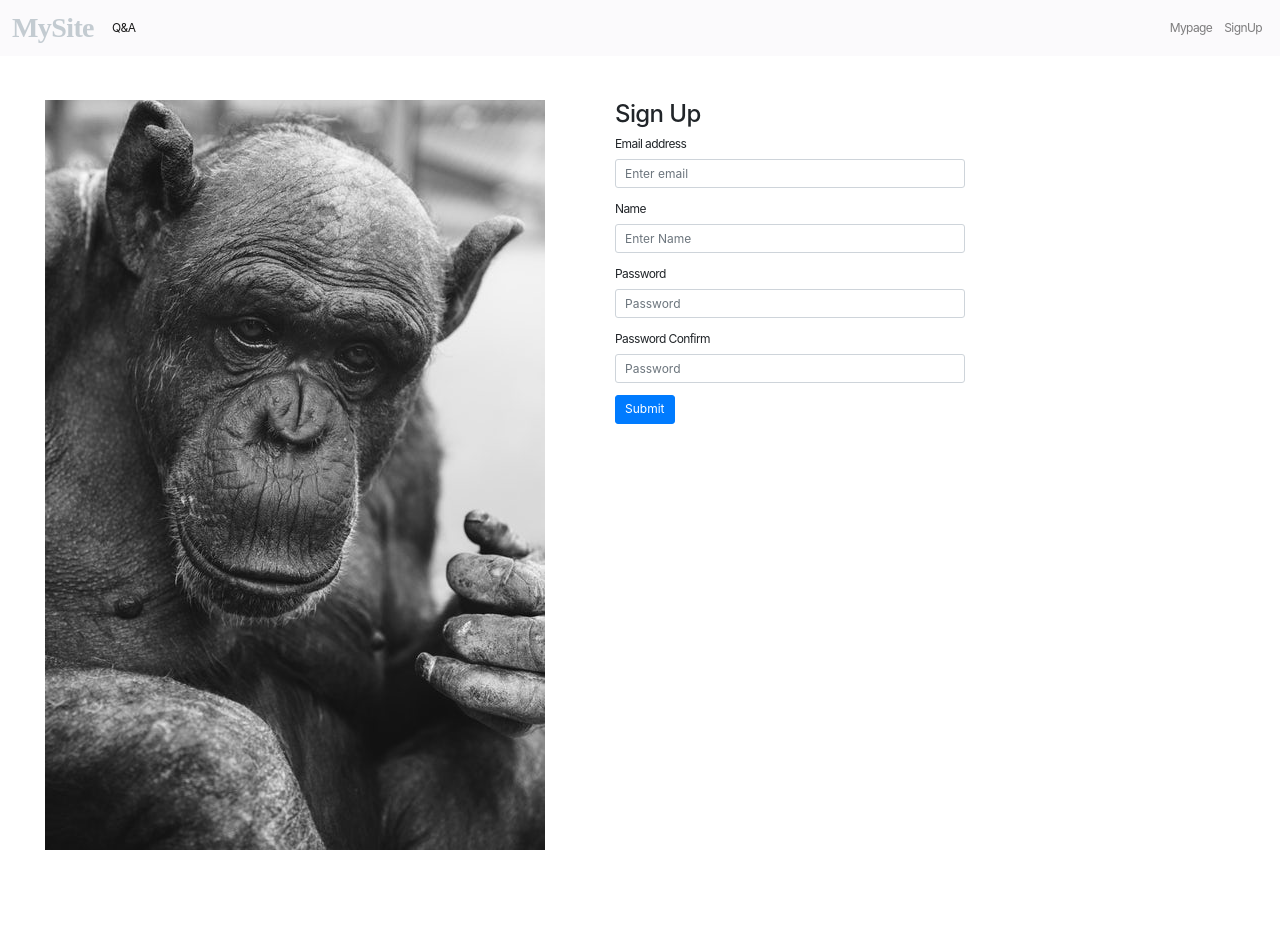
Repository: JungSWon/Project
Page: http://localhost/signup
The author's editor kept a record of every edit. The page is drawn from the files as they stood at one moment, then again after the next edit.
The browser window is 1280 px wide. The pictures show the whole page.
Some web fonts or font styles are not loaded; a fallback is used. The page is served by the project's application, run on Django 2.2 (pj05/manage.py). Other server files are loaded and not shown.

Above is the page before.

### 05_detail/pj05/detail/views.py
from django.shortcuts import render

# Create your views here.
def index(request):
    return render(request,'index.html')

def qna(request):
    return render(request,'qna.html')


def mypage(request):
    return render(request,'mypage.html')


def signup(request):
    return render(request,'signup.html')

def notfound(request,noturl):
    return render(request,'notfound.html',{'noturl':noturl})

### 05_detail/pj05/detail/templates/signup.html
{% extends 'base.html' %}

{% block title %}
프로젝트공오다시디테일 - Sign Up
{% endblock %}


{% block body %}
<div class="page-body container">
    <!-- style='margin-top: 100px;'-->
    <div class="row">
        <div class="image col-6">
            <img src="../static/assets/signup.jpg" alt="">
        </div>
        <div class="submit_form col-4">
            <h2>Sign Up</h2>
            <form>
                <div class="form-group">
                     <label for="exampleInputEmail1">Email address</label>
                     <input type="email" class="form-control" id="exampleInputEmail1" aria-describedby="emailHelp" placeholder="Enter email">
                </div>
                <div class="form-group">
                    <label for="exampleInputEmail1">Name</label>
                    <input type="email" class="form-control" id="exampleInputEmail1" aria-describedby="emailHelp" placeholder="Enter Name">
                </div>
                <div class="form-group">
                    <label for="exampleInputPassword1">Password</label>
                    <input type="password" class="form-control" id="exampleInputPassword1" placeholder="Password">
                </div>
                <div class="form-group">
                    <label for="exampleInputPassword1">Password Confirm</label>
                    <input type="password" class="form-control" id="exampleInputPassword1" placeholder="Password">
                </div>
                <button type="submit" class="btn btn-primary">Submit</button>
            </form>
        </div>
    </div>
</div>
{% endblock %}

### 05_detail/pj05/detail/templates/base.html
{% load static %}
<!DOCTYPE html>
<html lang="ko">
    <head>
        <meta charset="UTF-8">
        <meta name="viewport" content="width=device-width, initial-scale=1.0">
        <meta http-equiv="X-UA-Compatible" content="ie=edge">
        <link rel="stylesheet" href="https://stackpath.bootstrapcdn.com/bootstrap/4.3.1/css/bootstrap.min.css" integrity="sha384-ggOyR0iXCbMQv3Xipma34MD+dH/1fQ784/j6cY/iJTQUOhcWr7x9JvoRxT2MZw1T" crossorigin="anonymous">
        <link rel='stylesheet' href="{% static 'css/style.css' %}">
        <!--/pj05/detail/static/css/style.css-->
        <link href="https://fonts.googleapis.com/css?family=Baloo+Thambi|Noto+Sans+KR:400,700,900|Work+Sans:400,700,900" rel="stylesheet">
        <!--<link rel ='icon' type='image/png' sizes="96x96" href="{% static 'assets/icons8-finn-96.png' %}">-->
        <title>{% block title %}{% endblock %}</title>
    </head>

<body>
        <nav class="navbar col-12 navbar-expand-sm navbar-light bg-fad sticky-top">
        <a class="navbar-brand" href="#"> MySite </a>
        <button class="navbar-toggler" type="button" data-toggle="collapse" data-target="#navbarNav" aria-controls="navbarNav" aria-expanded="false" aria-label="Toggle navigation">
            <span class="navbar-toggler-icon"></span>
        </button>
        <div class="navbar-nav">
            <li class="nav-item active" id="navbarNav">
                <a class="nav-link" href="/qna">Q&A <span class="sr-only">(current)</span></a>
            </li>
        </div>
        <div class="collapse navbar-collapse" id="navbarNav">
            <ul class="navbar-nav">
                <li class="nav-item">
                    <a class="nav-link" href="/mypage">Mypage</a>
                </li>
                <li class="nav-item">
                    <a class="nav-link" href="/signup">SignUp</a>
                </li>
            </ul>
        </div>
        </nav>

        <script src="https://code.jquery.com/jquery-3.3.1.slim.min.js" integrity="sha384-q8i/X+965DzO0rT7abK41JStQIAqVgRVzpbzo5smXKp4YfRvH+8abtTE1Pi6jizo" crossorigin="anonymous"></script>
        <script src="https://cdnjs.cloudflare.com/ajax/libs/popper.js/1.14.7/umd/popper.min.js" integrity="sha384-UO2eT0CpHqdSJQ6hJty5KVphtPhzWj9WO1clHTMGa3JDZwrnQq4sF86dIHNDz0W1" crossorigin="anonymous"></script>
        <script src="https://stackpath.bootstrapcdn.com/bootstrap/4.3.1/js/bootstrap.min.js" integrity="sha384-JjSmVgyd0p3pXB1rRibZUAYoIIy6OrQ6VrjIEaFf/nJGzIxFDsf4x0xIM+B07jRM" crossorigin="anonymous"></script>
    {% block body %}
    {% endblock %}
</body>
</html>

### 05_detail/pj05/pj05_detail/urls.py
"""pj05_detail URL Configuration

The `urlpatterns` list routes URLs to views. For more information please see:
    https://docs.djangoproject.com/en/2.1/topics/http/urls/
Examples:
Function views
    1. Add an import:  from my_app import views
    2. Add a URL to urlpatterns:  path('', views.home, name='home')
Class-based views
    1. Add an import:  from other_app.views import Home
    2. Add a URL to urlpatterns:  path('', Home.as_view(), name='home')
Including another URLconf
    1. Import the include() function: from django.urls import include, path
    2. Add a URL to urlpatterns:  path('blog/', include('blog.urls'))
"""
from django.contrib import admin
from django.urls import path
from detail import views

urlpatterns = [
    path('admin/', admin.site.urls),
    path('', views.index),
    path('mypage', views.mypage),
    path('notfound', views.notfound),
    path('qna', views.qna),
    path('signup', views.signup),
]

### 05_detail/pj05/detail/static/css/style.css
html{
    font-size: 12px;
    font-family: 'Work Sans', sans-serif;
    font-family: 'Noto Sans KR', sans-serif;
    letter-spacing: -0.05em;
}


.navbar {
    padding-top: 10px;
    padding-bottom: 10px;
    background-color: rgba(210, 208, 222, 0.1);
    position: absolute;
}



    /* 아이템 좌측이동 */
.collapse.navbar-collapse {
    justify-content: flex-end;
}

#navbarNav {
    color: #c3cbd1;
}


    /* 네브바 좌측 대표이름, 로고 */
.navbar-light .navbar-brand {
    font-family: 'Baloo Thambi', cursive;
    font-size: 28px;
    line-height: 1;
    font-weight: 700;
    color: #c3cbd1;
}




/*index*/


#cover{
    display: flex;
    justify-content: flex-start;
    align-items: center;
    height: 350px;
    background-size: cover;
    background-position: center center;
    color: floralwhite;
    background-image: url('/static/assets/cover.jpg');
}

.cover-title{
    font-size: 60px;
    line-height: 1.15;
    font-weight: 700;
    margin-bottom: 20px;
    display: flex;
    justify-content: center;
}




#footer{
    padding: 0 1rem 0 3rem;
    height: 50px;
    background-color: #607485;
    color: #121312;
    display: flex;
    align-items: flex-end;
}


.footer-copy{
    letter-spacing: -0.04;
    display: flex;
    align-items: flex-end;
    font-size: 20px;
}



a.top{
    line-height: 2rem;
    margin-bottom: 10px;
}

a.top img{
    width: 30px;
    height: 30px;
    position: relative;
}



.page-body{
    margin: 100px 30px;
}


/*signup*/
.signup-t{
    margin:30px 0;
}





/*Q&A*/
.qnatitle{
    margin:30px 0;
    display: flex;
    justify-content: center;
}





/*mypage*/

.mypage-body{
    margin: 100px 200px;
}

.image-cropper {
    width: 184px;
    height: 184px;
    position: relative;
    overflow: hidden;
    border-radius: 50%;
    margin-left: 5px;
}

.card-img-top round {
    margin: auto 0;
    height: auto;
    width: 100%;
}


/*notfound*/

#notfound-cover{
    background-color: #FBE725;
    color: #181818;

}

After the next edit:
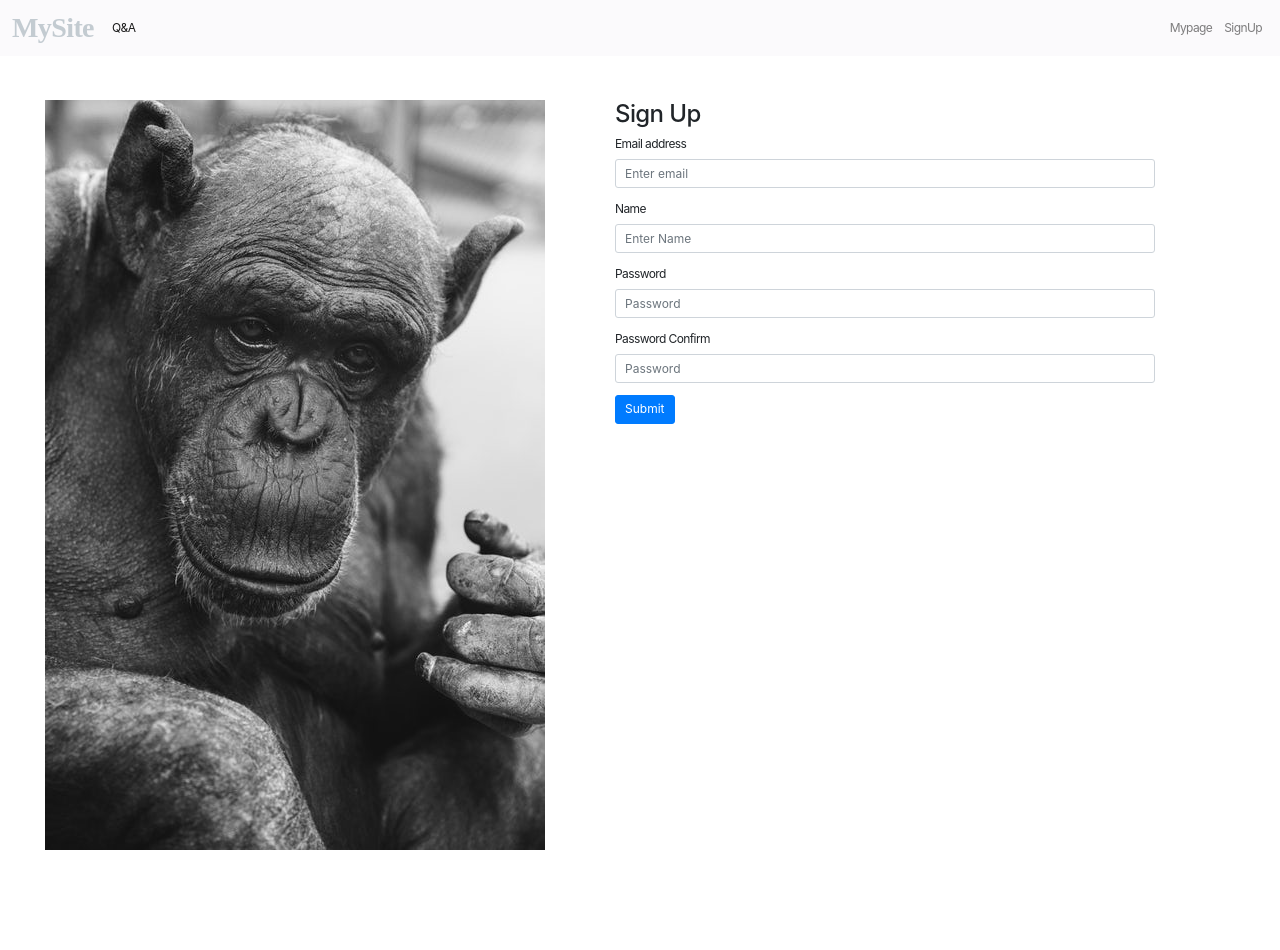
The edit:
--- a/05_detail/pj05/detail/templates/signup.html
+++ b/05_detail/pj05/detail/templates/signup.html
@@ -12,7 +12,7 @@
         <div class="image col-6">
             <img src="../static/assets/signup.jpg" alt="">
         </div>
-        <div class="submit_form col-4">
+        <div class="submit_form col-6">
             <h2>Sign Up</h2>
             <form>
                 <div class="form-group">
